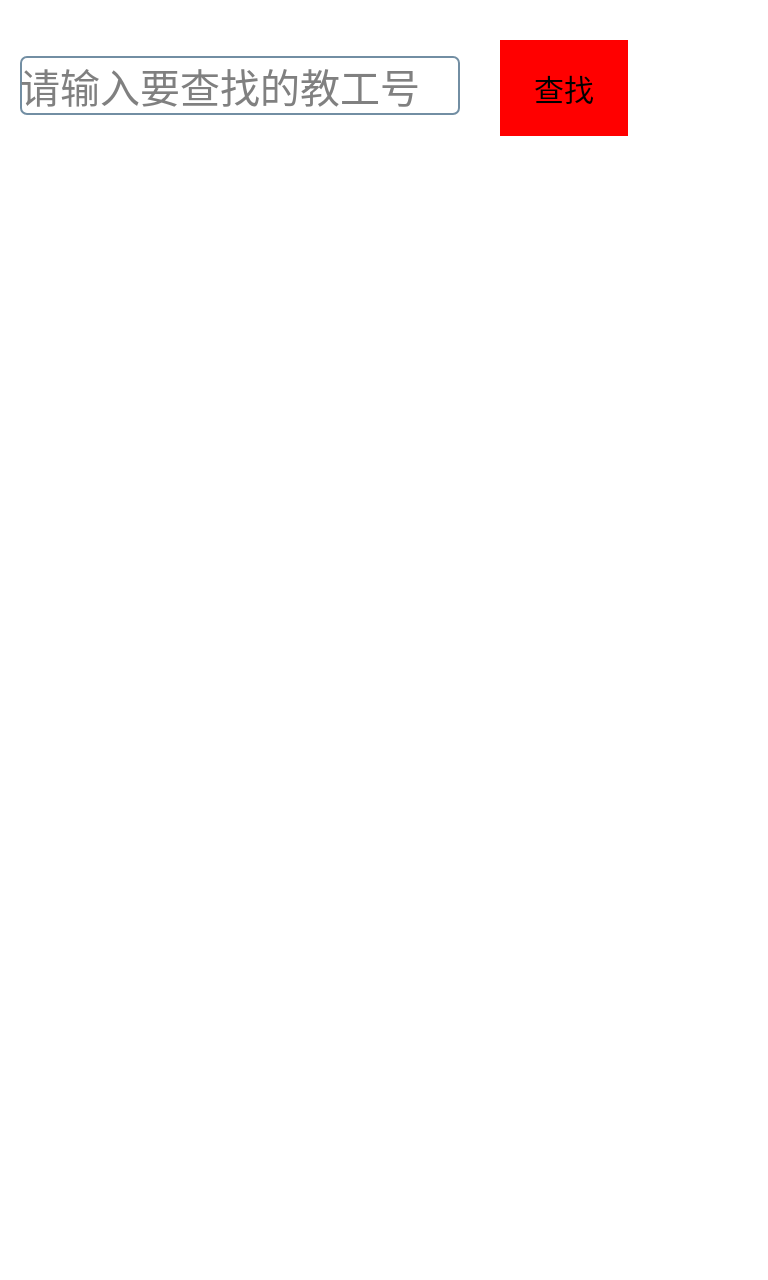
Repository: 15862175370/MyProject
Layout: 毕业设计系统源码_李伟/client/TeachSystem/res/layout/serchteacher.xml
The author's editor kept a copy of each file at every save. The layout is drawn from the files as they stood at one save, then again after the next save.
It is drawn on a 768 x 1280 px phone screen (xhdpi) without system bars, with theme AppTheme; the app's code is not run. Lists and similar views that code fills are empty.

Above is the layout before, as saved 2016-05-20 10:13:38.

After the next save:
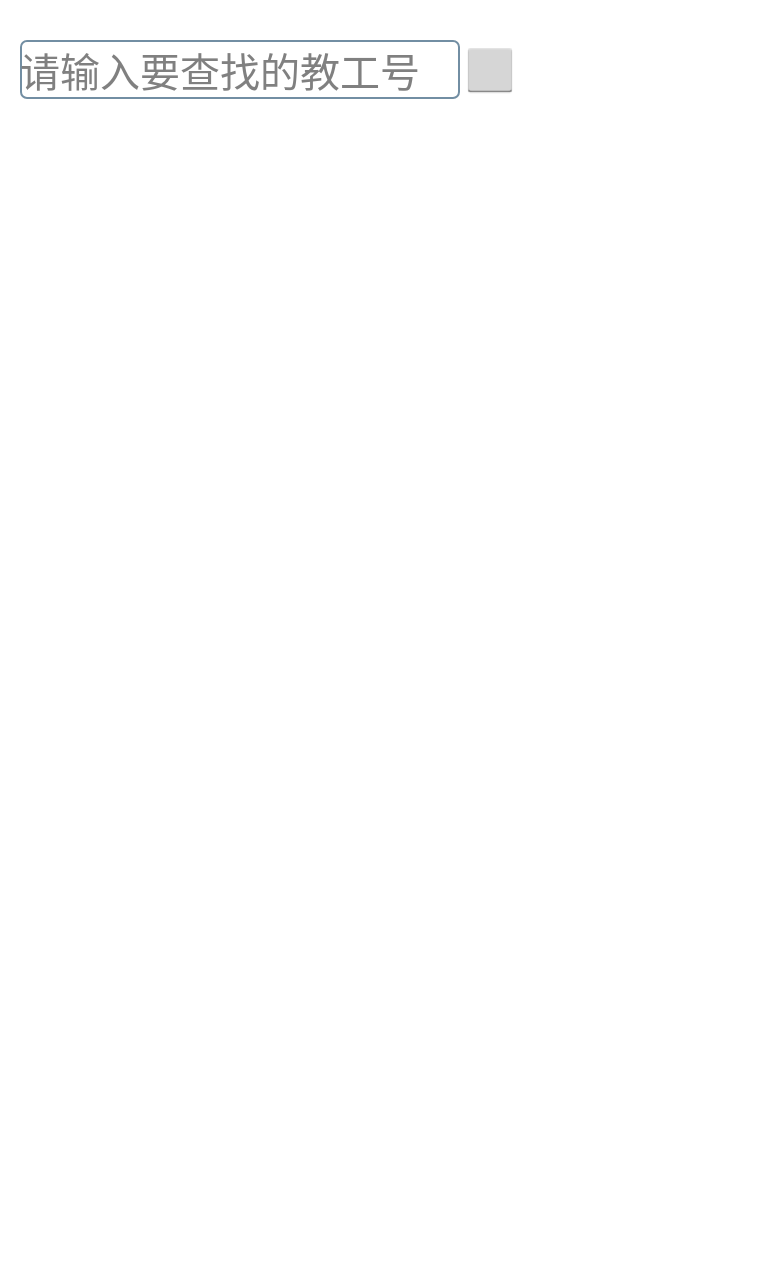
Saved 3 min 32 s later.
--- a/毕业设计系统源码_李伟/client/TeachSystem/res/layout/serchteacher.xml
+++ b/毕业设计系统源码_李伟/client/TeachSystem/res/layout/serchteacher.xml
@@ -21,13 +21,9 @@
           android:textSize="20dp"
          android:background="@drawable/biankuang"
             />
-      <Button
-          android:layout_marginLeft="20dp"
-      android:layout_width="wrap_content"
-      android:layout_height="wrap_content"
-      android:text="查找"
-      android:textSize="15dp"
-      android:background="#ff0000"
+    <ImageButton
+     android:layout_height="30dp"
+     android:layout_width="30dp"
         />
     </LinearLayout>
   <ListView
